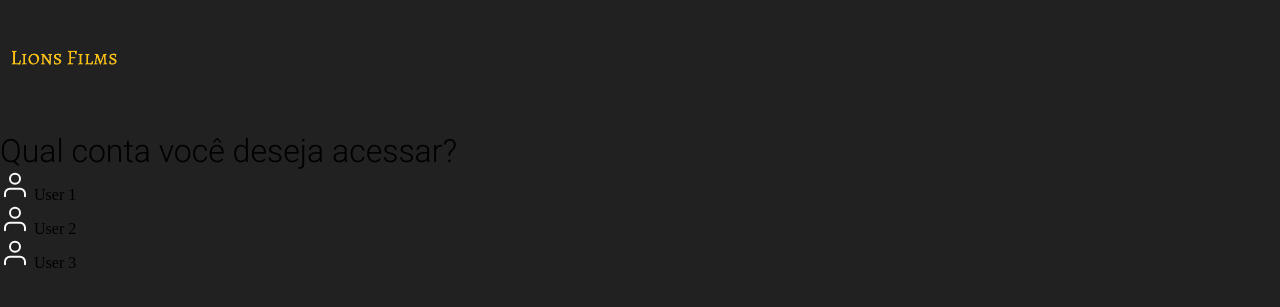
Repository: Leonngc/streaming-project
Page: index.html
These files come from the project's save history. The page is drawn as it stood at one moment and after the next save; the edit follows.
The browser window is 1280 px wide. The pictures show the whole page.
The style sheet was rebuilt from its Sass, Less or Tailwind sources for each picture, by a compiler version that may differ from the author's.

Above is the page before, as saved 2023-09-01 20:15:52.

After the next save:
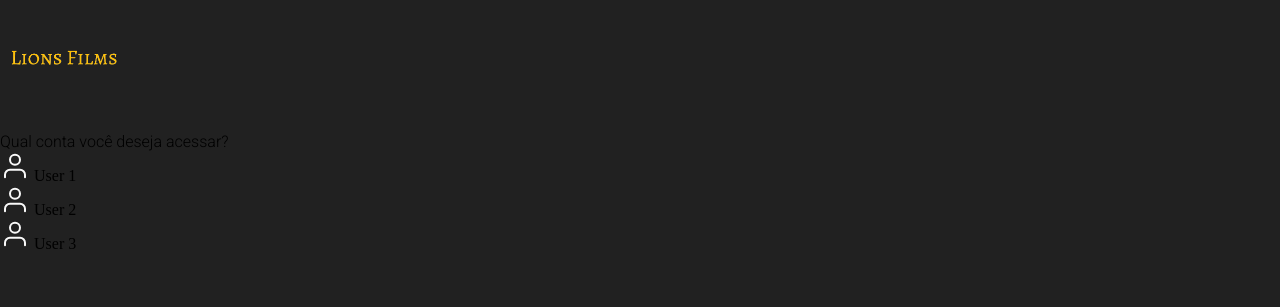
Saved 15 s later.
--- a/index.html
+++ b/index.html
@@ -11,7 +11,7 @@
         <img src="streaming-assets/logo.png" alt="" class="logo small-container">
     </header>
     <main>
-        <h1 class="roboto f300 ">Qual conta você deseja acessar?</h1>
+        <h1 class="roboto f300 font-base">Qual conta você deseja acessar?</h1>
         <div class="user-container">
             <div class="users">
                 <img src="streaming-assets/user.svg" alt="">
